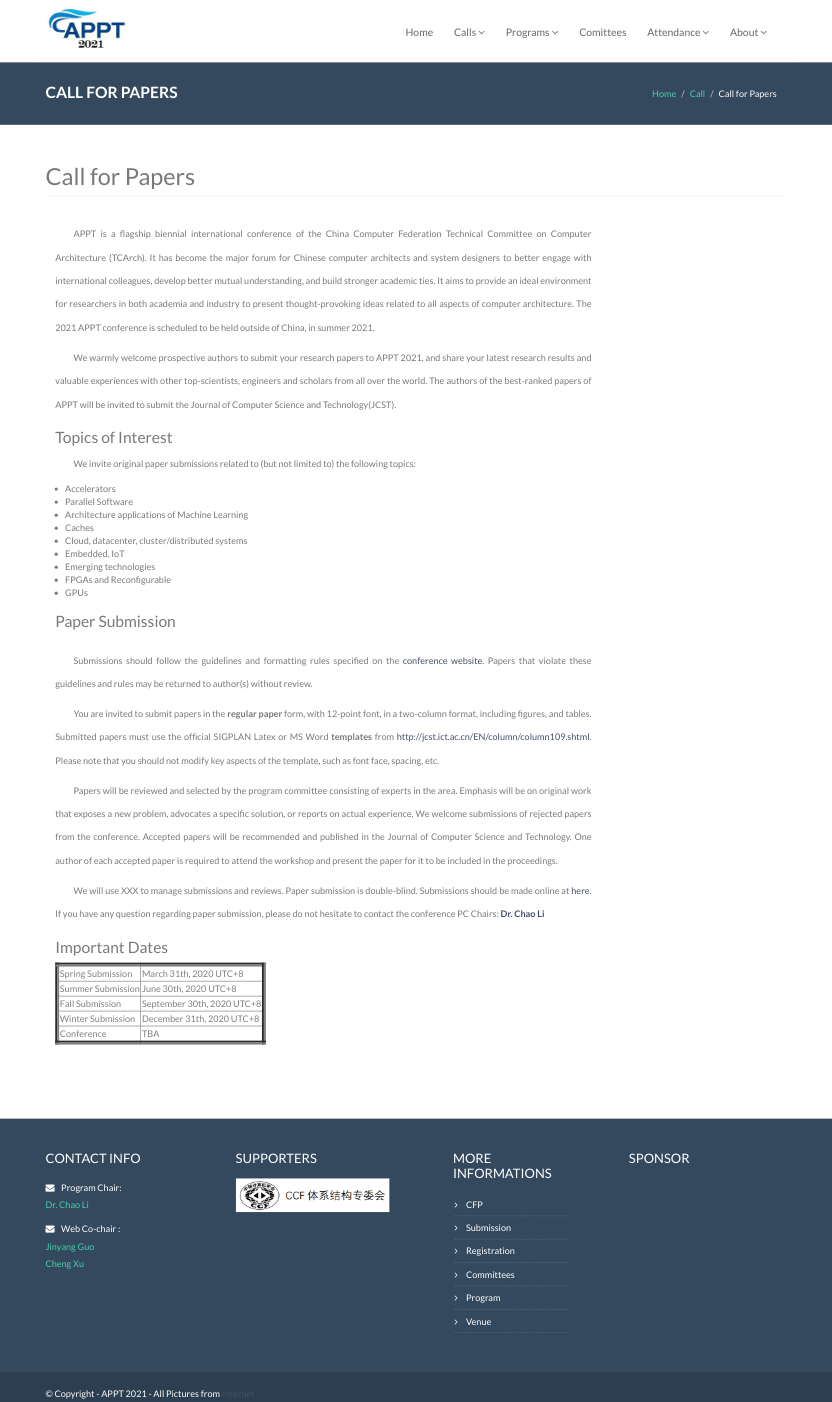
Repository: APPT2021/APPT2021.github.io
Page: call-papers.html
The author's editor kept a copy of each file at every save. The page is drawn from the files as they stood at one save, then again after a run of saves.
The browser window is 1280 px wide. The pictures show the whole page, at 65% of full size.

Above is the page before, as saved 2021-03-25 00:20:29.
Console error: ReferenceError: jQuery is not defined

### call-papers.html
<!DOCTYPE html>
<html lang="en">
  <head>
	  <script type="text/javascript" src="js/common/description.js"></script>

	  <script src="https://cdn.bootcss.com/semantic-ui/2.4.1/semantic.js"></script>
    	<link href="https://cdn.bootcss.com/semantic-ui/2.4.1/semantic.css" rel="stylesheet">

    <!-- Bootstrap core CSS -->
    <link href="css\bootstrap.min.css" rel="stylesheet">
    <link href="css\theme.css" rel="stylesheet">
    <link href="css\bootstrap-reset.css" rel="stylesheet">
    <!--external css-->
    <link href="assets\font-awesome\css\font-awesome.css" rel="stylesheet">
    <link rel="stylesheet" href="css\flexslider.css">
    <link href="assets\bxslider\jquery.bxslider.css" rel="stylesheet">
    <link rel="stylesheet" href="css\animate.css">
    <link href='http://fonts.googleapis.com/css?family=Lato' rel='stylesheet' type='text/css'>



      <!-- Custom styles for this template -->
    <link rel="stylesheet" type="text/css" href="css\component.css">
    <link href="css\style.css" rel="stylesheet">
    <link href="css\style-responsive.css" rel="stylesheet">

    <!-- HTML5 shim and Respond.js IE8 support of HTML5 tooltipss and media queries -->
    <!--[if lt IE 9]>
      <script src="js/html5shiv.js"></script>
      <script src="js/respond.min.js"></script>
    <![endif]-->
    <style type="text/css">
<!--
.STYLE1 {	font-size: 24px;
	font-weight: bold;
}
.STYLE2 {	font-size: 16px;
	font-weight: bold;
}
.p1{line-height: 27pt;word-wrap: break-word;text-indent: 2em;text-align: justify;}
-->
    </style>
</head>

  <body>
    <!--header start-->
    <script type="text/javascript" src="js/common/header.js"></script>
    <!--header end-->

    <!--breadcrumbs start-->
    <div class="breadcrumbs">
        <div class="container">
            <div class="row">
                <div class="col-lg-4 col-sm-4">
                    <h1>Call for Papers</h1>
                </div>
                <div class="col-lg-8 col-sm-8">
                    <ol class="breadcrumb pull-right">
                        <li><a href="index-real.html">Home</a></li>
						<li><a href="call-summary.html">Call</a></li>
                        <li class="active">Call for Papers</li>
                    </ol>
                </div>
            </div>
        </div>
    </div>
    <!--breadcrumbs end-->

    <!--container start-->
    <div class="component-bg">
        <div class="container">
            <!-- Forms
================================================== -->
<div class="bs-docs-section mar-b-30" style="padding-left: 0%;">
  <h1 id="forms" class="page-header">Call for Papers </h1>
<br>
  <div class="col-lg-9 col-lg-offset-0" itemprop="articleSection" style = "padding-bottom: 10%">
		<p class="p1">
			APPT is a flagship biennial international conference of the China Computer Federation
			Technical Committee on Computer Architecture (TCArch). It has become the major forum
			for Chinese computer architects and system designers to better engage with international
			colleagues, develop better mutual understanding, and build stronger academic ties.
			It aims to provide an ideal environment for researchers in both academia and industry
			to present thought-provoking ideas related to all aspects of computer architecture.
			The 2021 APPT conference is scheduled to be held outside of China, in summer 2021.
		</p>
		<p class="p1">
			We warmly welcome prospective authors to submit your research papers to APPT 2021,
			and share your latest research results and valuable experiences with other top-scientists,
			engineers and scholars from all over the world. The authors of the best-ranked papers of APPT will be invited to submit the Journal of
		    Computer Science and Technology(JCST).
		</p>
		<h3>Topics of Interest</h3>
		<p class="p1">We invite original paper submissions related to (but not limited to) the following topics:</p>
		<ul style="margin-left: 15px;">
			<li style=" text-align: justify;">
				Accelerators
			</li>
			<li style=" text-align: justify;">
				Parallel Software
			</li>
			<li style=" text-align: justify;">
				Architecture applications of Machine Learning
			</li>
			<li style=" text-align: justify;">
				Caches
			</li>
			<li style=" text-align: justify;">
				Cloud, datacenter, cluster/distributed systems
			</li>
			<li style=" text-align: justify;">
				Embedded, IoT
			</li>
			<li style=" text-align: justify;">
				Emerging technologies
			</li>
			<li style=" text-align: justify;">
				FPGAs and Reconfigurable
			</li>
			<li style=" text-align: justify;">
				GPUs
			</li>
		</ul>



		<h3>Paper Submission</h3>
		<br>
		<p class="p1">
			Submissions should follow the guidelines and formatting rules
			 specified on the <a href ="http://jcst.ict.ac.cn/EN/column/column107.shtml">conference website</a>.
			 Papers that violate these guidelines and rules may be returned
			 to author(s) without review.
		</p>
		<p class="p1">
		You are invited to submit papers in the <strong>regular paper</strong> form, with 12-point font, in a two-column format, including figures, and tables. Submitted papers must use the official SIGPLAN Latex or MS Word <strong>templates</strong> from
		<a href="http://jcst.ict.ac.cn/EN/column/column109.shtml">http://jcst.ict.ac.cn/EN/column/column109.shtml</a>. Please note that you should
		not modify key aspects of the template, such as font face, spacing, etc.
		</p>
		<p class="p1">
		 Papers will be reviewed and selected by the program committee consisting of experts in the area.
		 Emphasis will be on original work that exposes a new problem, advocates a specific solution,
		  or reports on actual experience. We welcome submissions of rejected papers from the conference.
		  Accepted papers will be recommended and published in the Journal of Computer Science and Technology.
		  One author of each accepted paper is required to attend the workshop and present the paper for it to be included in the proceedings.
		</p>
<p class="p1">
We will use XXX to manage submissions and reviews. Paper submission is double-blind. Submissions should be made online at <a href="https://mc03.manuscriptcentral.com/jcst">here</a>. If you have any question regarding paper submission, please do not hesitate to contact the conference
		PC Chairs: <a href="mailto: chaol@cs.sjtu.edu.cn"><b>Dr. Chao Li</b> </a>
		</p>
		<h3>Important Dates</h3>


		<table role="grid" style="position: relative; color:black" border="6">
			<tbody>
			  <tr style="opacity: 0.5;">
				<td>Spring Submission</td>
				<td> March 31th, 2020 UTC+8 </td>
			  </tr>
			  <tr style="opacity: 0.5;">
				<td>Summer Submission</td>
				<td>June 30th, 2020 UTC+8</td>
			  </tr>
			  <tr style="opacity: 0.5;">
				<td>Fall Submission</td>
				<td>September 30th, 2020 UTC+8</td>
			  </tr>
			  <tr style="opacity: 0.5;">
				<td>Winter Submission</td>
				<td>December 31th, 2020 UTC+8</td>
			  </tr> <tr style="opacity: 0.5;">
				<td>Conference<br /></td>
				<td>TBA</td>
			  </tr>
			</tbody>
		 </table>
<!--
		<h3>Camera Ready Submission / Author Kit</h3>
		<p style="text-align: justify; ">
		For the accepted papers to be included in the proceedings, the camera-ready version must be submitted by using the recommended format. The final PDF has to conform to the requirements for publishing on IEEE Xplore. In addition, the IEEE copyright form has to be submitted and at least one author of the paper must register to the conference at a full rate. The registration must cover any over-length page charge. All the steps listed above must be completed by <b>August 2nd, 2020</b>.
		</p>
		<p style="text-align: justify; ">
		Please note that <i>we will not be able to include your paper in the conference proceedings or in IEEE Xplore if you do not follow the instructions below. The conference organizer also reserves the right to exclude a paper from distribution after the conference (e.g., removal from IEEE Xplore) if it is not presented at the conference.</i>
		</p>

		<h3>Best Paper Award</h3>
		<p style=" text-align: justify;">
		All accepted papers SRDS will compete for the "Prof. C. V. Ramamoorthy Best Paper Award". The SRDS Best Paper is named after Prof. Chittoor V. Ramamoorthy, who was instrumental in the 80's for the success of SRDS, many of his former students have also significantly contributed to the conference.
		</p>

		<p style=" text-align: justify;">
		In addition, the authors of the best ranked papers of SRDS will be invited to submit extended versions of their papers to IEEE Transactions on Dependable and Secure Computing.
		</p>

		<p>&nbsp;</p>
		<h3>SRDS 2020 PC Chairs</h3>
		<p>&nbsp;</p>

		<div class="ui three column grid">
			<div class="column">
				<div class="ui card">
				<a class="image" href="http://web.cs.iastate.edu/~borzoo/" target="_blank">
					<img src="img/committees/borzoo.jpg">
				</a>
				<div class="content">
					<a class="header" href="http://web.cs.iastate.edu/~borzoo/" target="_blank">Borzoo Bonakdarpour</a>
					<div class="meta">
					<a>Iowa State University, USA</a>
					</div>
				</div>
				</div>
			</div>
			<div class="column">
				<div class="ui card">
				<a class="image" href="http://www.cs.sjtu.edu.cn/~lichao/" target="_blank">
					<img src="img/committees/li.jpg">
				</a>
				<div class="content">
					<a class="header" href="http://www.cs.sjtu.edu.cn/~lichao/" target="_blank">Chao Li</a>
					<div class="meta">
					<a>Shanghai Jiao Tong University</a>
					</div>
				</div>
				</div>
			</div>
			<div class="column">
				<div class="ui card">
				<a class="image" href="http://vukolic.com/" target="_blank">
					<img src="img/committees/marko.jpg">
				</a>
				<div class="content">
					<a class="header" href="http://vukolic.com/" target="_blank">Marko Vukolić</a>
					<div class="meta">
					<a>IBM Research-Zurich, Switzerland</a>
					</div>
				</div>
				</div>
			</div>
		</div>

	</div>
  <p>&nbsp;</p>
  <!-- /.bs-example -->
</div>
        </div>
    </div>
    <!--container end-->

	<script type="text/javascript" src="js/common/footer.js"></script>

  <!-- js placed at the end of the document so the pages load faster -->
    <script src="js\jquery.js"></script>
    <script src="js\bootstrap.min.js"></script>
    <script type="text/javascript" src="js\hover-dropdown.js"></script>
    <script defer="" src="js\jquery.flexslider.js"></script>
    <script type="text/javascript" src="assets\bxslider\jquery.bxslider.js"></script>

    <script src="js\jquery.easing.min.js"></script>
    <script src="js\link-hover.js"></script>


     <!--common script for all pages-->
    <script src="js\common-scripts.js"></script>
    <script src="js\wow.min.js"></script>
    <script>
        wow = new WOW(
          {
            boxClass:     'wow',      // default
            animateClass: 'animated', // default
            offset:       0          // default
          }
        )
        wow.init();
    </script>


  </body>
</html>

### css/theme.css
body {
  padding-top: 70px;
  padding-bottom: 30px;
}

.theme-dropdown .dropdown-menu {
  display: block;
  position: static;
  margin-bottom: 20px;
}

.theme-showcase > p > .btn {
  margin: 5px 0;
}

### css/flexslider.css
/*
 * jQuery FlexSlider v2.0
 * http://www.woothemes.com/flexslider/
 *
 * Copyright 2012 WooThemes
 * Free to use under the GPLv2 license.
 * http://www.gnu.org/licenses/gpl-2.0.html
 *
 * Contributing author: Tyler Smith (@mbmufffin)
 */


/* Browser Resets */
.flex-container a:active,
.flexslider a:active,
.flex-container a:focus,
.flexslider a:focus  {outline: none;}
.slides,
.flex-control-nav,
.flex-direction-nav {margin: 0; padding: 0; list-style: none;}

/* FlexSlider Necessary Styles
*********************************/
.flexslider {margin: 0; padding: 0;}
.flexslider .slides > li {display: none; -webkit-backface-visibility: hidden;} /* Hide the slides before the JS is loaded. Avoids image jumping */
.flexslider .slides img {width: 100%; display: block;}
.flex-pauseplay span {text-transform: capitalize;}

/* Clearfix for the .slides element */
.slides:after {content: "."; display: block; clear: both; visibility: hidden; line-height: 0; height: 0;}
html[xmlns] .slides {display: block;}
* html .slides {height: 1%;}

/* No JavaScript Fallback */
/* If you are not using another script, such as Modernizr, make sure you
 * include js that eliminates this class on page load */
.no-js .slides > li:first-child {display: block;}


/* FlexSlider Default Theme
*********************************/
.flexslider {margin: 0 0 0px; background: #fff; border: 4px solid #fff; position: relative; -webkit-border-radius: 4px; -moz-border-radius: 4px; -o-border-radius: 4px; border-radius: 4px; zoom: 1;}
.flex-viewport {max-height: 2000px; -webkit-transition: all 1s ease; -moz-transition: all 1s ease; transition: all 1s ease;}
.loading .flex-viewport {max-height: 300px;}
.flexslider .slides {zoom: 1;}

.carousel li {margin-right: 5px}


/* Direction Nav */
.flex-direction-nav {*height: 0;}

.flex-direction-nav a {width: 30px; height: 30px; margin: -20px 0 0; display: block; background: url(../img/bg_direction_nav.png) no-repeat 0 0; position: absolute; top: 50%; z-index: 10; cursor: pointer; text-indent: -9999px; opacity: 0; -webkit-transition: all .3s ease;}

.flex-direction-nav .flex-next {background-position: 100% 0; right: -36px; }
.flex-direction-nav .flex-prev {left: -36px;}
.flexslider:hover .flex-next {opacity: 0.8; right: 5px;}
.flexslider:hover .flex-prev {opacity: 0.8; left: 5px;}
.flexslider:hover .flex-next:hover, .flexslider:hover .flex-prev:hover {opacity: 1;}
.flex-direction-nav .flex-disabled {opacity: .3!important; filter:alpha(opacity=30); cursor: default;}

/* Control Nav */
.flex-control-nav {width: 100%; position: absolute; bottom: -40px; text-align: center;}
.flex-control-nav li {margin: 0 6px; display: inline-block; zoom: 1; *display: inline;}
.flex-control-paging li a {width: 11px; height: 11px; display: block; background: #666; background: rgba(0,0,0,0.5); cursor: pointer; text-indent: -9999px; -webkit-border-radius: 20px; -moz-border-radius: 20px; -o-border-radius: 20px; border-radius: 20px; box-shadow: inset 0 0 3px rgba(0,0,0,0.3);}
.flex-control-paging li a:hover { background: #333; background: rgba(0,0,0,0.7); }
.flex-control-paging li a.flex-active { background: #000; background: rgba(0,0,0,0.9); cursor: default; }

.flex-control-thumbs {margin: 5px 0 0; position: static; overflow: hidden;}
.flex-control-thumbs li {width: 25%; float: left; margin: 0;}
.flex-control-thumbs img {width: 100%; display: block; opacity: .7; cursor: pointer;}
.flex-control-thumbs img:hover {opacity: 1;}
.flex-control-thumbs .flex-active {opacity: 1; cursor: default;}

@media screen and (max-width: 860px) {
  .flex-direction-nav .flex-prev {opacity: 1; left: 0;}
  .flex-direction-nav .flex-next {opacity: 1; right: 0;}
}

### css/style-responsive.css
@media (min-width: 768px) and (max-width: 980px) {
    .col-4 .item {
        width: 47%;
        margin-right: 2%;
        margin-bottom: 2%;
    }
}

@media (max-width: 768px) {


    .navbar-toggle {
        margin-top: 12px;
    }

    .head-section .navbar-collapse  ul.navbar-nav {
        float: none;
        margin-left: 0;
    }

    .head-section .nav li a:hover,
    .head-section .nav li a:focus,
    .head-section .nav li a.dropdown-toggle:focus,
    .head-section .nav li a.dropdown-toggle .dropdown-menu li a:hover,
    .head-section .nav li.active a,
    .head-section .dropdown-menu li a:hover {
        color: #fff !important;
    }

    .head-section .navbar-nav > li {
        padding: 0;
        margin-bottom: 2px;
    }

    .head-section .nav li ul.dropdown-menu li a {
        margin-left: 0px;
        color: #999!important; ;
    }

    .head-section .nav li .dropdown-menu li a:hover, .head-section .nav li .dropdown-menu li.active a {
        color: #fff !important;
    }

    .purchase-btn, .about-testimonial {
        margin-top: 10px;
    }

    .breadcrumb.pull-right{
        padding: 0;
    }

    .search, .bx-controls-direction {
        display: none;
    }

    .tweet-box {
        margin-bottom: 20px;
    }

    .property img {
        width: 80%;
    }

    .bx-wrapper {
        margin-bottom: 60px;
    }

    .purchase-btn, .about-testimonial {
        margin-top: 0;
    }

    .purchase-btn {
        line-height: 98px;
    }

    .social-link-footer li a {
        font-size: 16px;
        height: 40px;
        width: 40px;
    }

    .navbar-header {
        float: none;
        text-align: center;
        width: 100%;
        margin: 10px 0;
    }

    .navbar-brand {
        float: none;

    }

    .carousel-control {
        font-size: 45px;
        line-height: 70px;
    }

    .btn, .form-control {
        margin-bottom: 10px;
    }



}


@media (max-width: 480px) {

    .head-section .navbar {
        min-height: 60px;
    }

    .navbar-toggle {
        margin-right: -10px;
    }

    .head-section .nav li .dropdown-menu li a:hover {
        color: #48C9B0 !important;
    }

    .navbar-brand {
        margin-top: 10px !important;
        float: left !important;
    }

    .col-4 .item {
        width: 100%;
        margin-right: 0%;
        margin-bottom: 2%;
    }

    .breadcrumb.pull-right{
        float: left !important;
        margin-top: 10px;
        padding: 0;
    }

    .carousel-control {
        font-size: 23px;
        line-height: 38px;
    }
}

@media (max-width:320px) {


}



@media (max-width: 900px) {
    /*Slider Sequence*/
    #sequence-theme .info {
        top:80px !important;
        width:60% !important;
        margin-right:50px;
    }

    /*Slider Parallax*/
    .da-slide .da-img {
        display:none;
    }
}

@media (max-width: 450px) {
    /*Slider Sequence*/
    #sequence-theme .info {
        top:70px !important;
        width:70% !important;
        margin-right:25px;
    }
    #sequence-theme h2 {
        font-size:30px !important;
    }
    #sequence-theme .info p {
        font-size:18px !important;
    }

    /*Slider Parallax*/
    .da-slide p {
        display:none;
    }
}

Loaded but not shown: css/bootstrap.min.css (library); css/bootstrap-reset.css (library); assets/font-awesome/css/font-awesome.css (library); assets/bxslider/jquery.bxslider.css (library); css/animate.css (library); js/jquery.js (library); js/bootstrap.min.js (library); assets/bxslider/jquery.bxslider.js (library); js/jquery.easing.min.js (library); js/wow.min.js (library); js/jquery.flexslider.js (library); js/link-hover.js (621 lines, source omitted); js/common/header.js (79 lines, source omitted); js/common/footer.js (83 lines, source omitted); js/hover-dropdown.js (135 lines, source omitted); js/common/description.js (11 lines, source omitted); js/common-scripts.js (42 lines, source omitted); css/style.css (2977 lines, source omitted); css/component.css (1591 lines, source omitted)

After the next 3 saves:
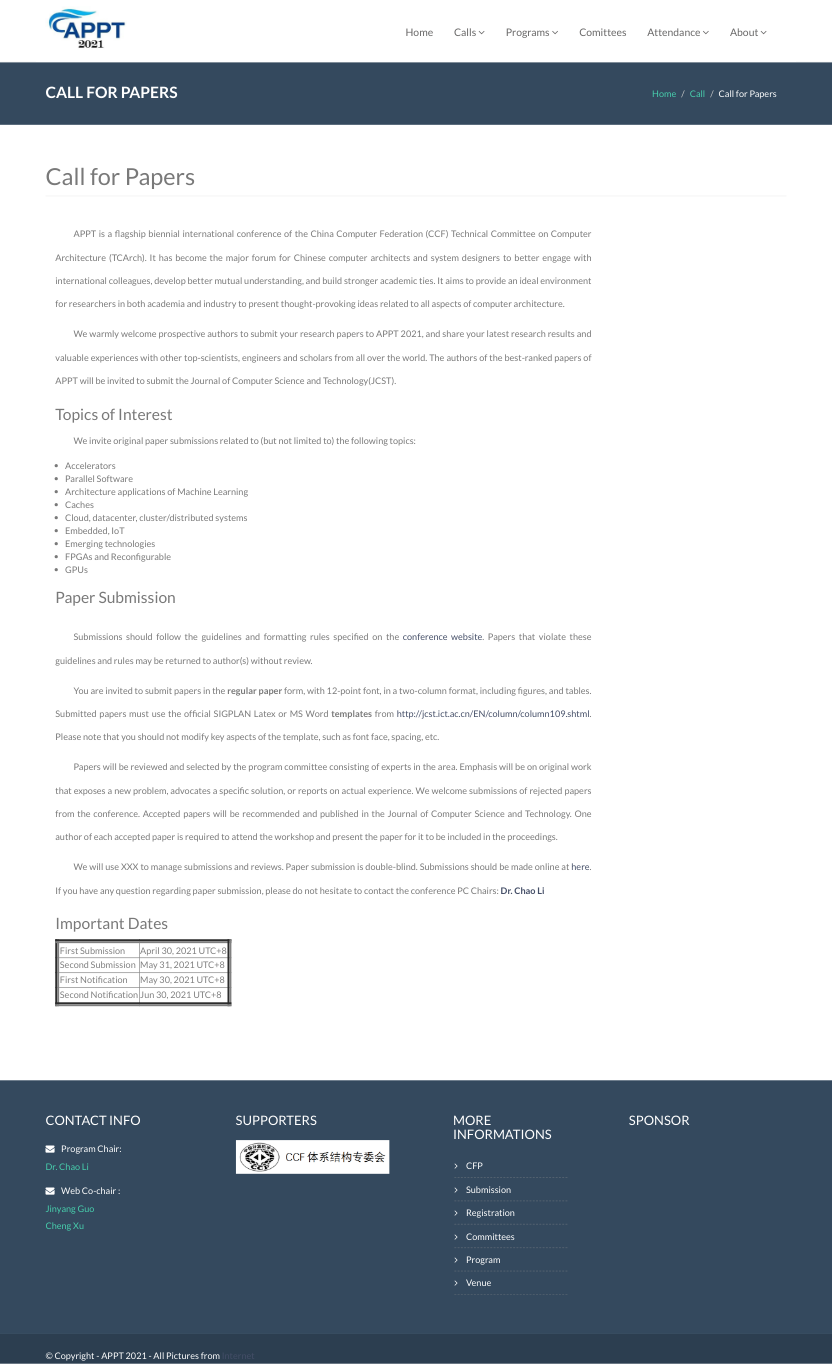
The 3 saves are shown as one change because they came seconds apart.
The last was saved 64 s later.
--- a/call-papers.html
+++ b/call-papers.html
@@ -76,13 +76,7 @@
 <br>
   <div class="col-lg-9 col-lg-offset-0" itemprop="articleSection" style = "padding-bottom: 10%">
 		<p class="p1">
-			APPT is a flagship biennial international conference of the China Computer Federation
-			Technical Committee on Computer Architecture (TCArch). It has become the major forum
-			for Chinese computer architects and system designers to better engage with international
-			colleagues, develop better mutual understanding, and build stronger academic ties.
-			It aims to provide an ideal environment for researchers in both academia and industry
-			to present thought-provoking ideas related to all aspects of computer architecture.
-			The 2021 APPT conference is scheduled to be held outside of China, in summer 2021.
+			APPT is a flagship biennial international conference of the China Computer Federation (CCF) Technical Committee on Computer Architecture (TCArch). It has become the major forum for Chinese computer architects and system designers to better engage with international colleagues, develop better mutual understanding, and build stronger academic ties. It aims to provide an ideal environment for researchers in both academia and industry to present thought-provoking ideas related to all aspects of computer architecture.
 		</p>
 		<p class="p1">
 			We warmly welcome prospective authors to submit your research papers to APPT 2021,
@@ -154,23 +148,20 @@
 		<table role="grid" style="position: relative; color:black" border="6">
 			<tbody>
 			  <tr style="opacity: 0.5;">
-				<td>Spring Submission</td>
-				<td> March 31th, 2020 UTC+8 </td>
-			  </tr>
-			  <tr style="opacity: 0.5;">
-				<td>Summer Submission</td>
-				<td>June 30th, 2020 UTC+8</td>
-			  </tr>
-			  <tr style="opacity: 0.5;">
-				<td>Fall Submission</td>
-				<td>September 30th, 2020 UTC+8</td>
-			  </tr>
-			  <tr style="opacity: 0.5;">
-				<td>Winter Submission</td>
-				<td>December 31th, 2020 UTC+8</td>
-			  </tr> <tr style="opacity: 0.5;">
-				<td>Conference<br /></td>
-				<td>TBA</td>
+				<td>First Submission</td>
+				<td> April 30, 2021 UTC+8 </td>
+			  </tr>
+			  <tr style="opacity: 0.5;">
+				<td>Second Submission</td>
+				<td>May 31, 2021 UTC+8</td>
+			  </tr>
+			  <tr style="opacity: 0.5;">
+				<td>First Notification</td>
+				<td>May 30, 2021 UTC+8</td>
+			  </tr>
+			  <tr style="opacity: 0.5;">
+				<td>Second Notification</td>
+				<td>Jun 30, 2021 UTC+8</td>
 			  </tr>
 			</tbody>
 		 </table>
